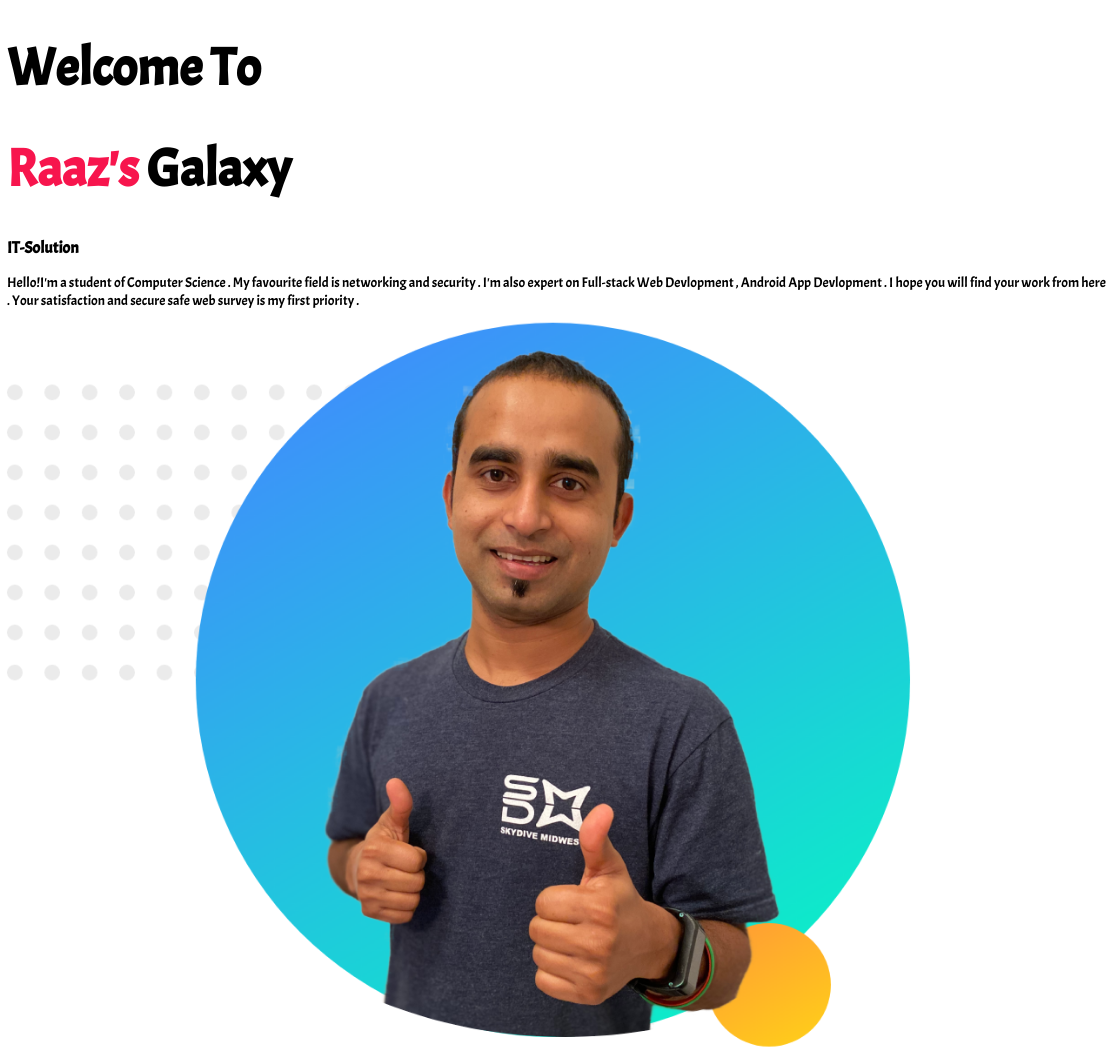
Repository: ramizraaz/my-portfolio
Page: about.html
These files come from the project's save history. The page is drawn as it stood at one moment and after the next save; the edit follows.
The browser window is 1280 px wide. The pictures show the whole page, at 87% of full size.

Above is the page before, as saved 2022-01-13 18:05:28.

After the next save:
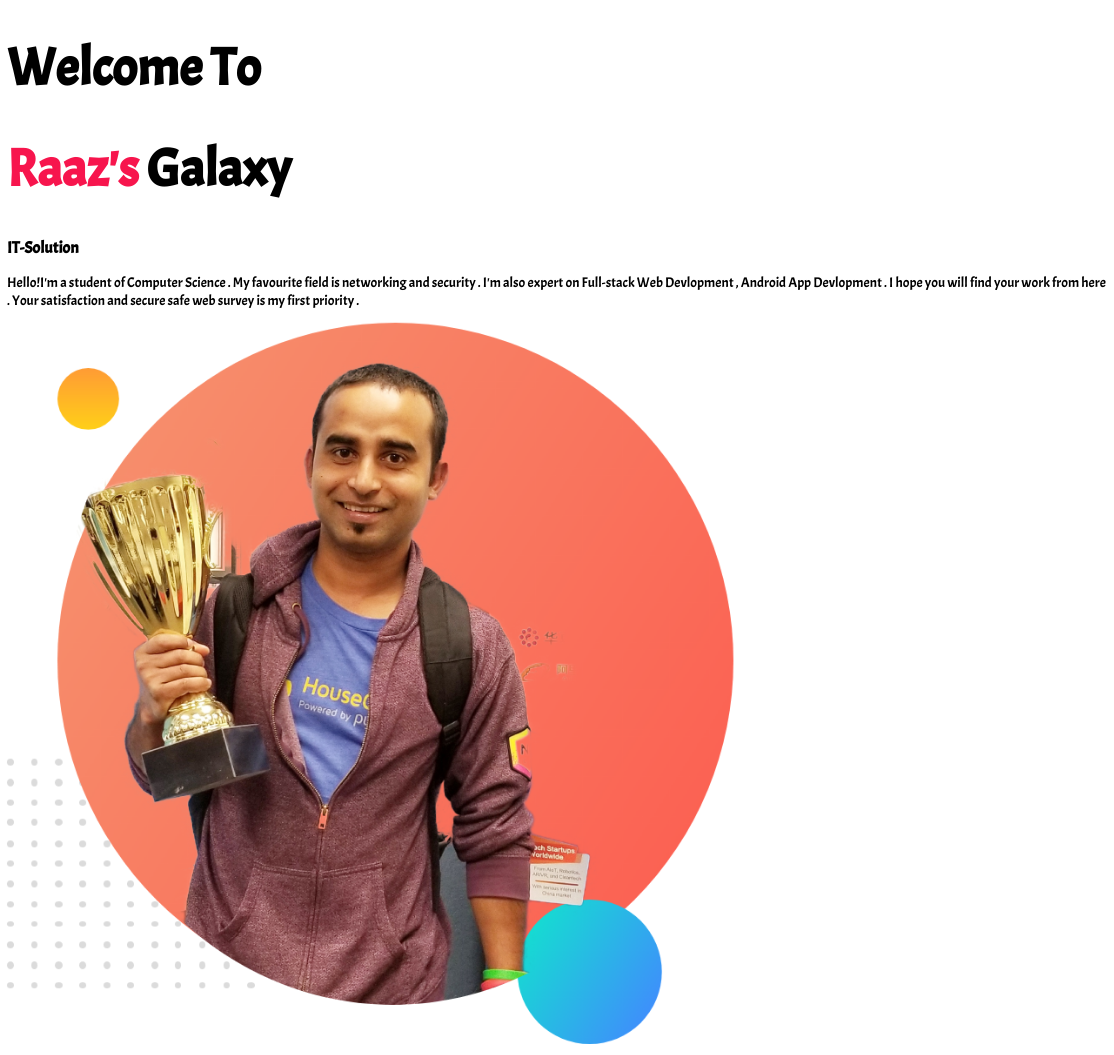
Saved 9 s later.
--- a/about.html
+++ b/about.html
@@ -18,7 +18,7 @@
     <h3>IT-Solution</h3>
     <p>Hello!I'm a student of Computer Science . My favourite field is networking and security . I'm also expert on Full-stack Web Devlopment , Android App Devlopment . I hope you will find your work from here . Your satisfaction and secure safe web survey
         is my first priority .</p>
-    <img src="images/profile2.png" alt="Personal Profile">
+    <img src="images/jhankar.png" alt="Personal Profile">
 </body>
 
 </html>
